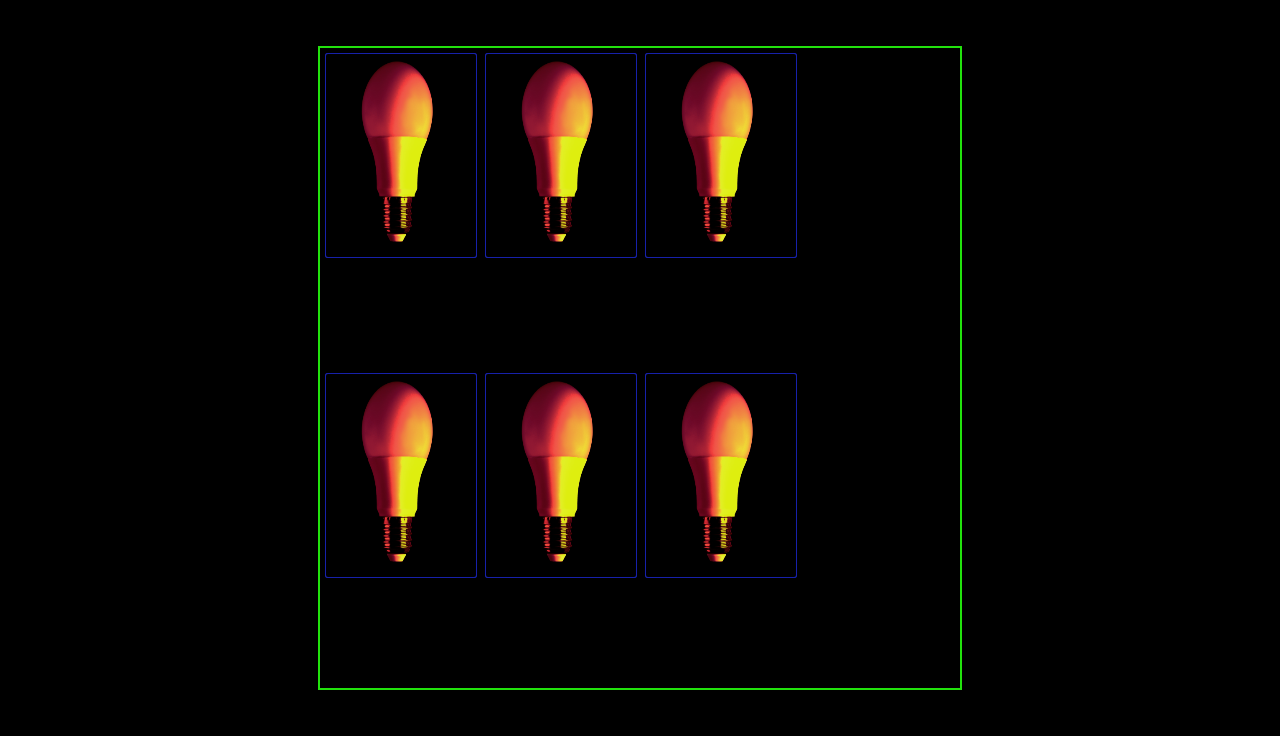
Repository: suzanaferreira/memory-game-project
Page: index.html
The author's editor kept a record of every edit. The page is drawn from the files as they stood at one moment, then again after the next edit.
The browser window is 1280 px wide. The pictures show the whole page.

Above is the page before.
Console error: SyntaxError: Unexpected end of input

After the next edit:
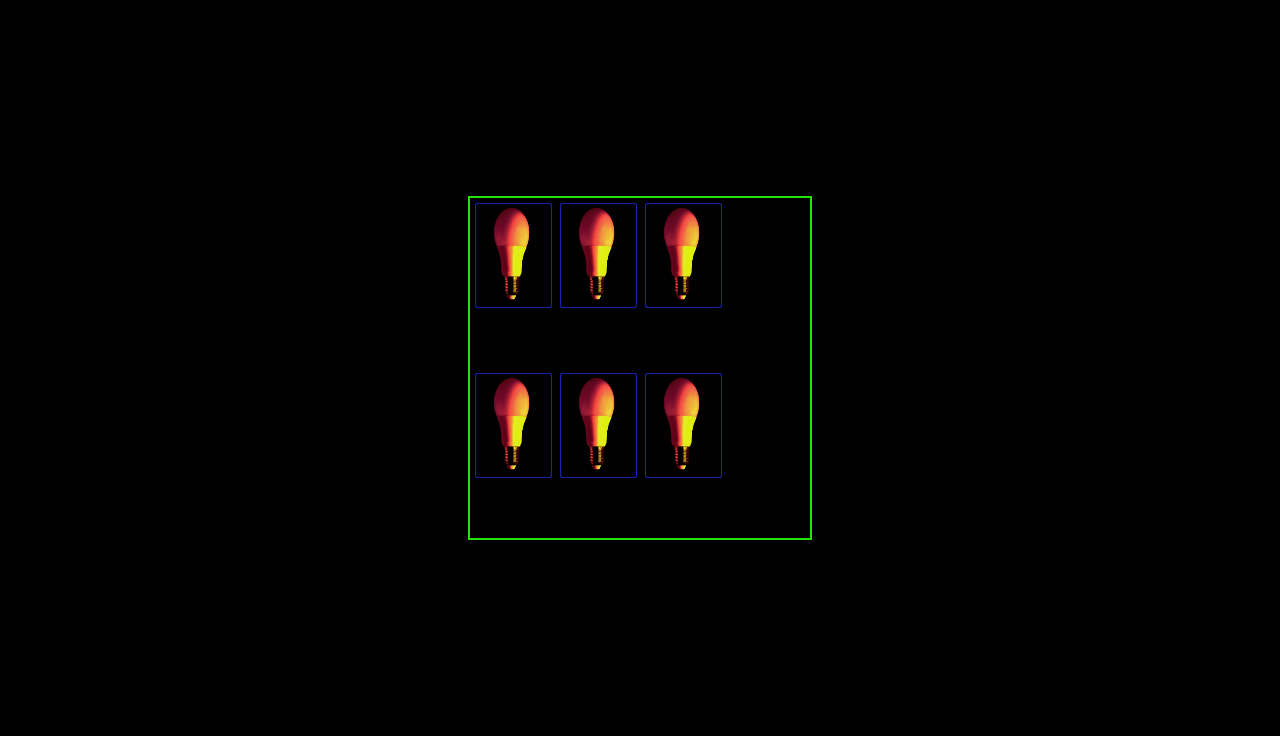
The edit:
--- a/style.css
+++ b/style.css
@@ -12,8 +12,8 @@
 
 
 .game {
-    height: 640px;
-    width: 640px;
+    height: 340px;
+    width: 340px;
     display: flex;
     margin: auto;
     flex-wrap: wrap;
